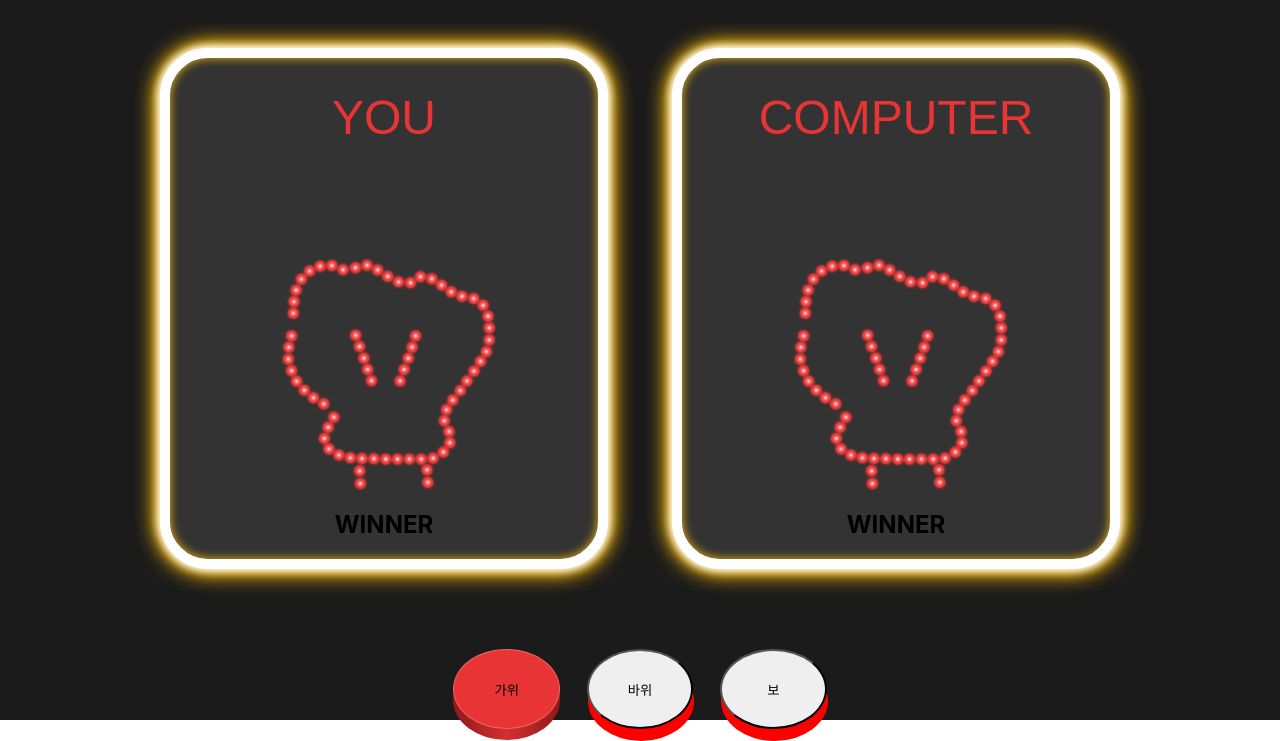
Repository: KIMMIHYE12/classComponent
Page: /
These files come from the project's save history. The page is drawn as it stood at one moment and after the next save; the edit follows.
The browser window is 1280 px wide. The pictures show the whole page.
Some web fonts or font styles are not loaded; a fallback is used. The project was rebuilt for these pictures with package versions that can differ from the ones it lists, and the page was loaded fresh each time.

Above is the page before, as saved 2024-03-18 23:11:52.

### src/App.js
import "./App.css";
import { Box } from "./component/Box";

function App() {
  return (
    <div className='content'>
      <div className='game_screen'>
        <Box title='YOU' />
        <Box title='COMPUTER' />
      </div>
      <div className='btn_wrap'>
        <button className='scissor'>가위</button>
        <button className='rock'>바위</button>
        <button className='paper'>보</button>
      </div>
    </div>
  );
}

export default App;

### src/App.css
@import url("https://use.typekit.net/ebb2deg.css");

* {
  box-sizing: border-box;
}

.content {
  height: 100vh;
  padding: 3em 0;
  background-color: #1b1b1b;
}

.game_screen {
  width: 100%;
  display: flex;
  justify-content: center;
}

.box {
  width: 35%;
  display: flex;
  flex-direction: column;
  align-items: center;
  margin: 0 2em;
  border: 10px solid #fff;
  background: #333;
  border-radius: 3rem;
  box-shadow: 0 0 10px #fff, 0 0 10px #fff, 0 0 24px #f5b70c, 0 0 16px #f5b70c,
    0 0 24px #f5b70c, inset 0 0 10px #f5b70c;
}

h1 {
  font-size: 3em;
  color: #e83435;
  font-family: "gloridot", sans-serif;
  font-weight: 400;
  font-style: normal;
}

img {
  width: 70%;
}

.btn_wrap {
  position: relative;
  margin-top: 5em;
  display: flex;
  justify-content: center;
  z-index: 1;
}

.btn_wrap button {
  position: relative;
  width: 8em;
  height: 6em;
  margin: 0 1em;
  border-radius: 50%;
  top: 0;
  outline: 0;
}

.btn_wrap button.scissor {
  background-color: #e83435;
  border: 1px solid #ec6666;
}

.btn_wrap button:before {
  width: 8em;
  height: 6em;
  display: inline-block;
  content: "";
  position: absolute;
  top: 10px;
  left: -1px;
  right: 0;
  background: red;
  border-radius: 50%;
  z-index: -1;
}

.btn_wrap button.scissor:before {
  background: linear-gradient(
    90deg,
    rgba(143, 25, 25, 1) 0%,
    rgba(212, 47, 48, 1) 50%,
    rgba(143, 25, 25, 1) 100%
  );
}

.btn_wrap button:active {
  top: 4px;
}

.btn_wrap button:active:before {
  top: 6px;
}

### src/component/Box.js
import React from "react";

export const Box = (props) => {
  console.log(props);
  return (
    <div className='box'>
      <h1>{props.title}</h1>
      <img src='/images/rock.png' alt='바위' />
      <h2>WINNER</h2>
    </div>
  );
};

Loaded but not shown: public/index.html (common file); src/index.js (common file); src/index.css (common file); src/reportWebVitals.js (common file)

After the next save:
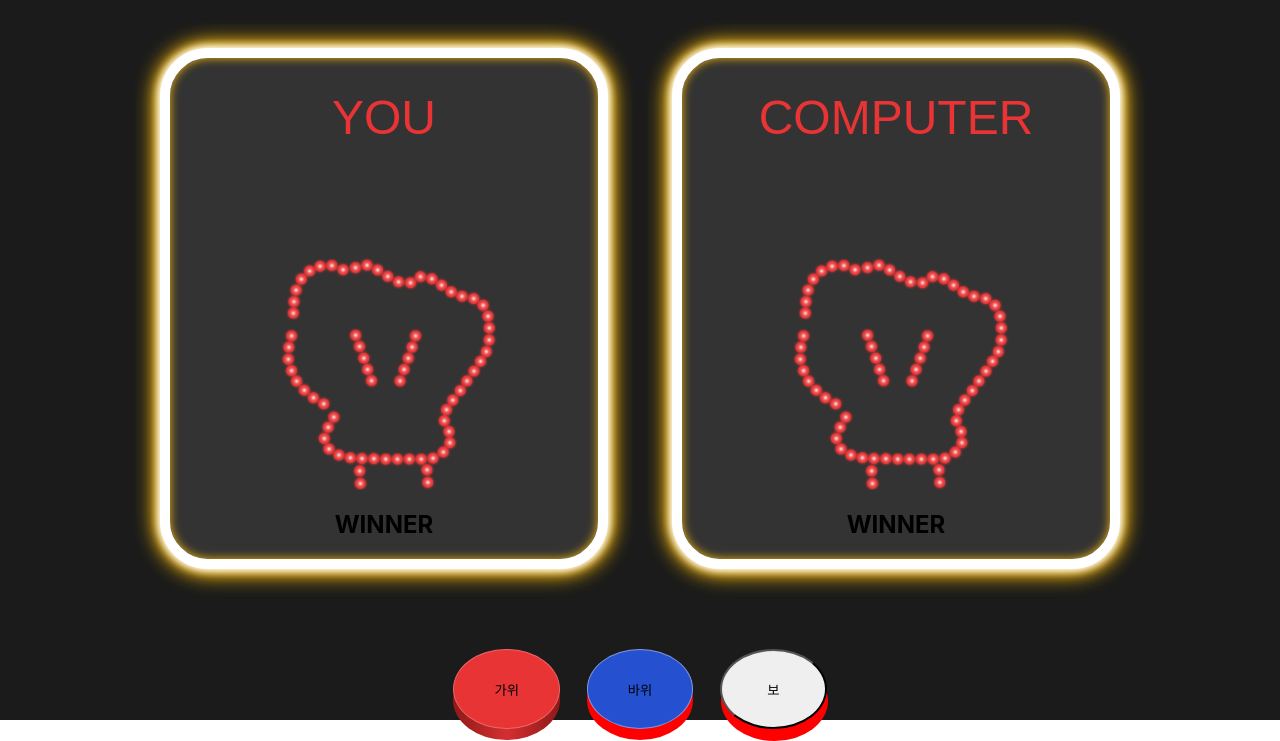
Saved 84 s later.
--- a/src/App.css
+++ b/src/App.css
@@ -64,6 +64,11 @@ img {
   border: 1px solid #ec6666;
 }
 
+.btn_wrap button.rock {
+  background-color: #2551d1;
+  border: 1px solid #8097dc;
+}
+
 .btn_wrap button:before {
   width: 8em;
   height: 6em;
